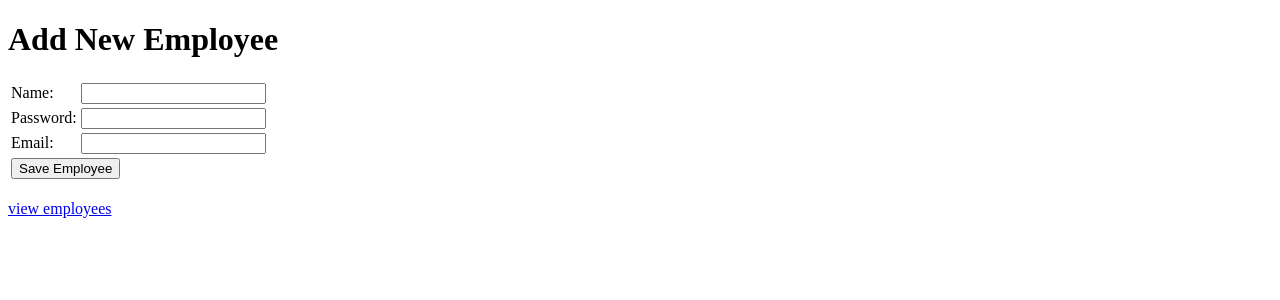
Repository: vamshitriffil/triffil
Page: tri1/Curd/WebContent/index.html
The author's editor kept a copy of each file at every save. The page is drawn from the files as they stood at one save, then again after the next save.
The browser window is 1280 px wide. The pictures show the whole page.

Above is the page before, as saved 2017-10-05 06:13:31.

### tri1/Curd/WebContent/index.html
<!DOCTYPE html>
<html>
<head>
<meta charset="ISO-8859-1">
<title>Insert title here</title>
</head>
<body>

<h1>Add New Employee</h1>
<form action="SaveServlet" method="post">
<table>
<tr><td>Name:</td><td><input type="text" name="name"/></td></tr>
<tr><td>Password:</td><td><input type="password" name="password"/></td></tr>
<tr><td>Email:</td><td><input type="email" name="email"/></td></tr>
<tr><td colspan="2"><input type="submit" value="Save Employee"/></td></tr>
</table>
</form>

<br/>
<a href="ViewServlet">view employees</a>

</body>
</html>

After the next save:
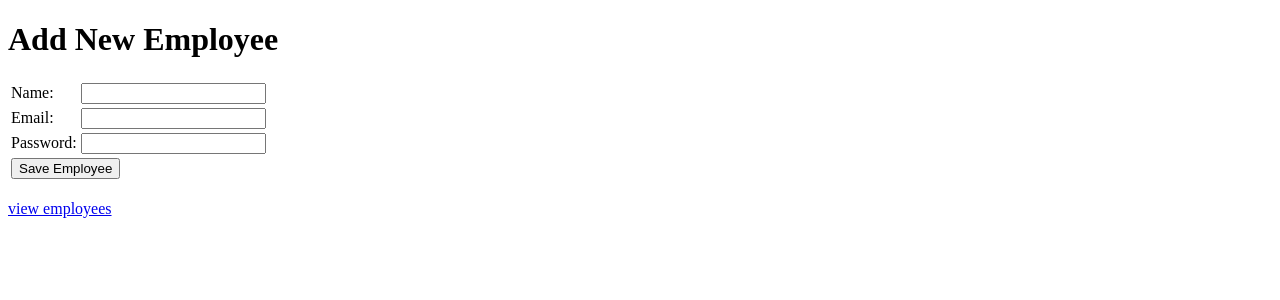
Saved 81 s later.
--- a/tri1/Curd/WebContent/index.html
+++ b/tri1/Curd/WebContent/index.html
@@ -10,8 +10,8 @@
 <form action="SaveServlet" method="post">
 <table>
 <tr><td>Name:</td><td><input type="text" name="name"/></td></tr>
-<tr><td>Password:</td><td><input type="password" name="password"/></td></tr>
 <tr><td>Email:</td><td><input type="email" name="email"/></td></tr>
+<tr><td>Password:</td><td><input type="password" name="pass"/></td></tr>
 <tr><td colspan="2"><input type="submit" value="Save Employee"/></td></tr>
 </table>
 </form>
